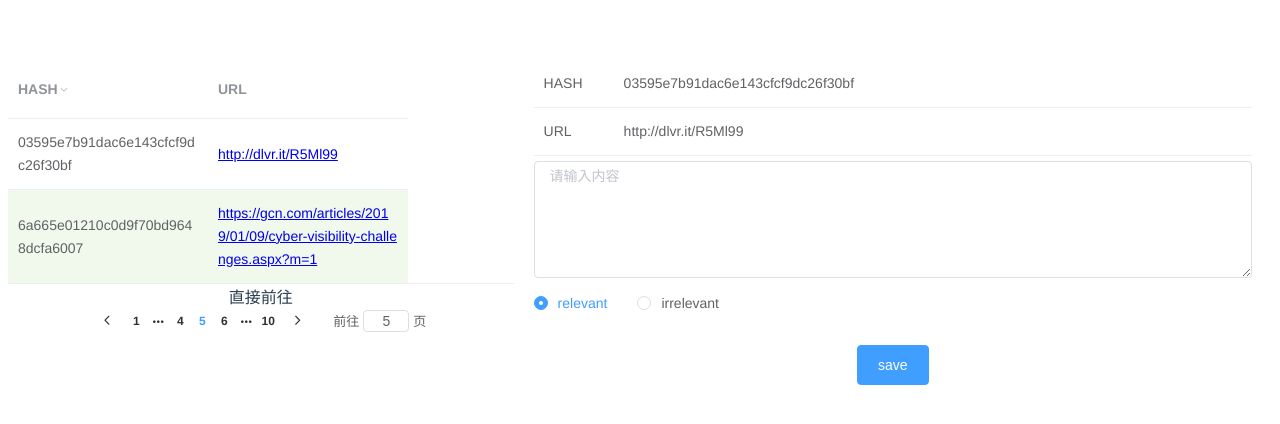
Repository: NicoleGX/TI
Page: /
The author's editor kept a copy of each file at every save. The page is drawn from the files as they stood at one save, then again after the next save.
The browser window is 1280 px wide. The pictures show the whole page.
The page's requests for data from a server got no answer. The project was rebuilt for these pictures with package versions that can differ from the ones it lists, and the page was loaded fresh each time. No one was signed in, and anything a server would have sent is missing.

Above is the page before, as saved 2019-05-29 14:55:28.

After the next save:
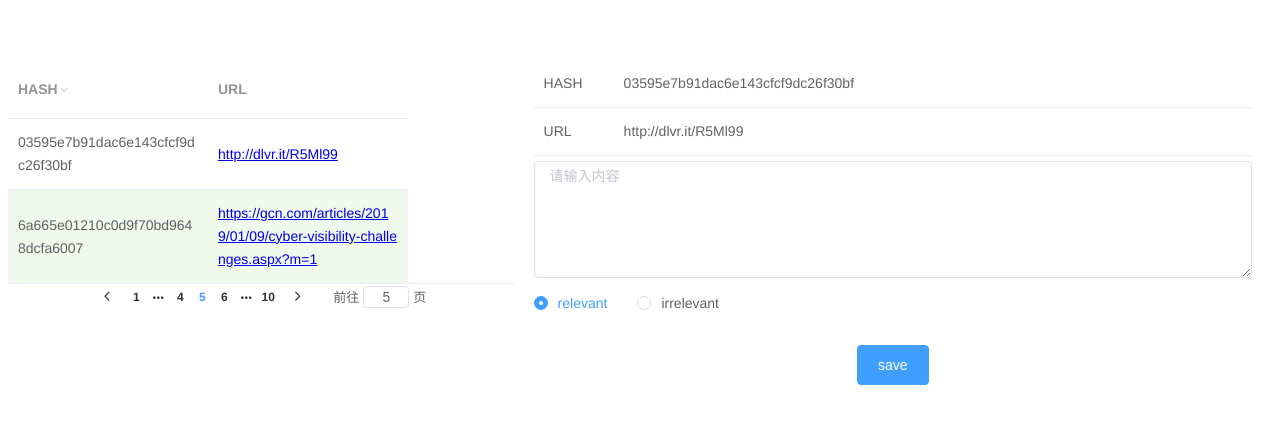
Saved 14 s later.
--- a/src/views/TextClassification.vue
+++ b/src/views/TextClassification.vue
@@ -25,7 +25,6 @@
         </el-table-column>
       </el-table>
       <div class="block">
-        <span class="demonstration">直接前往</span>
         <el-pagination
           @size-change="handleSizeChange"
           @current-change="handleCurrentChange"
